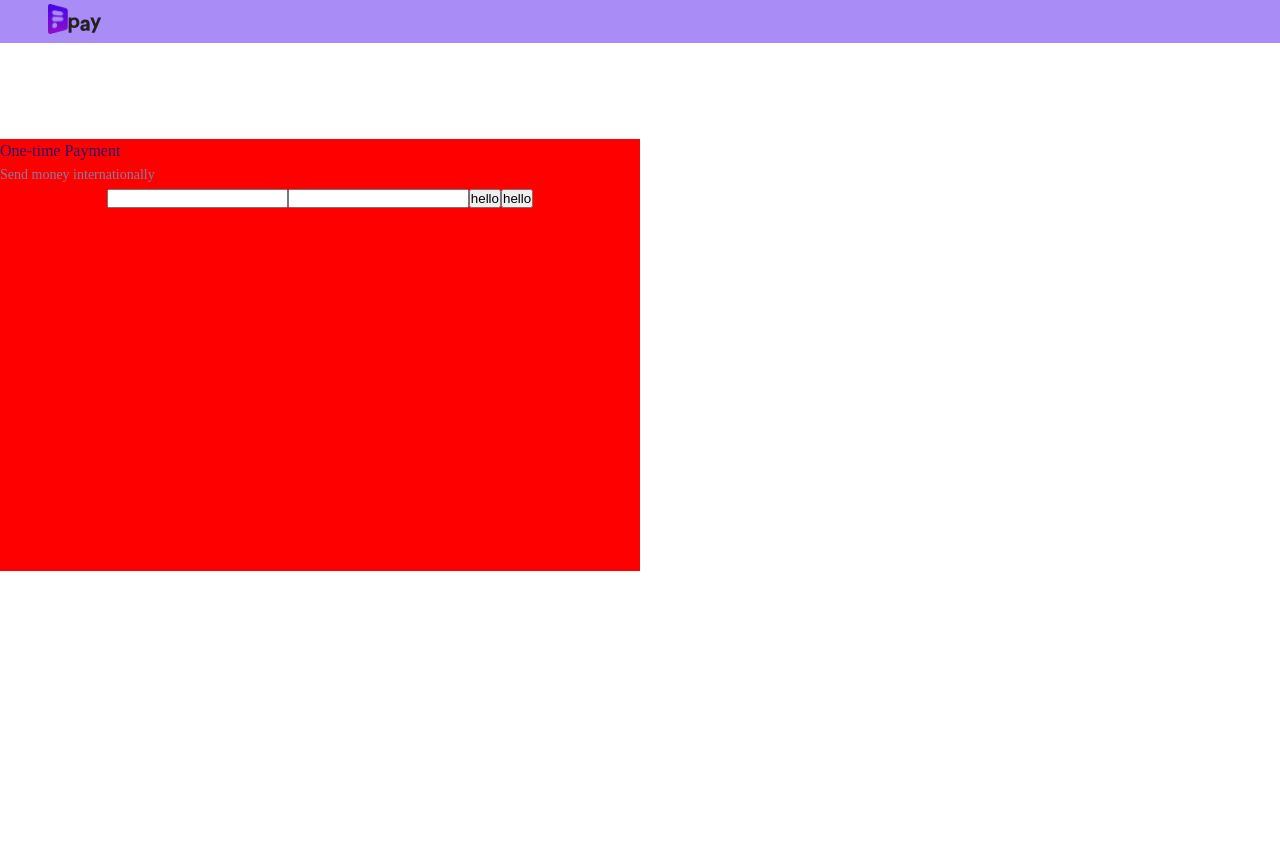
Repository: nilesjamex/fincra
Page: /
The author's editor kept a copy of each file at every save. The page is drawn from the files as they stood at one save, then again after the next save.
The browser window is 1280 px wide. The pictures show the whole page.
The project was rebuilt for these pictures with package versions that can differ from the ones it lists, and the page was loaded fresh each time. The framework's server and built-in components were replaced by stand-ins that run in the browser. Also part of the build but not shown: next.config.js.

Above is the page before, as saved 2021-11-01 09:52:01.

### pages/index.js
import Head from 'next/head'
import Image from 'next/image'
import styles from '../styles/Home.module.css'
import Pay from "../Components/pay.js"
import StepContextProvider from './../Contexts/StepContext';
import Main from './../Layout/main.js'

export default function Home() {
  return (
    <div className={styles.container}>
      <Head>
        <title>Fincra Pay</title>
        <meta name="description" content="Generated by create next app" />
        <link rel="icon" href="/favicon.ico" />
      </Head>


        <Main>
        <StepContextProvider>
        <Pay />
        </StepContextProvider>
        </Main>

    </div>
  )
}

### styles/globals.css
html,
body {
  font-family: -apple-system, BlinkMacSystemFont, Segoe UI, Roboto, Oxygen,
    Ubuntu, Cantarell, Fira Sans, Droid Sans, Helvetica Neue, sans-serif;
}

a {
  color: inherit;
  text-decoration: none;
}

* {
  box-sizing: border-box;
  padding: 0;
  margin: 0;
}

### styles/Home.module.css
.container {
  padding: 0 0rem;
}

### Components/pay.js
import React, {useState, useContext} from 'react'
import { StepContext } from './../Contexts/StepContext';
import styles from './pay.module.css'
const Pay = () => {

   const {steps, front, back} = useContext(StepContext)

    switch (steps) {
        case 1:
            return (
        <div className={styles.container}>
        <div className={styles.paymentText}>
        <h2 className={styles.paymentTextMain}>One-time Payment</h2>
        <p className={styles.paymentTextSub}>Send money internationally</p>
        </div>

        <form action="submit">
        <input className={styles.paymentinfo} type="text" name="" id="" />
        <input className={styles.paymentinfo} type="text" name="" id="" readOnly />
         <button onClick={(e) => front()}> hello </button>
          <button onClick={(e) => front()}> hello </button>
        </form>
        </div>
    );
     case 2:
            return (
        <div>
        <button onClick={(e) => back()}> he </button>
        </div>
    );
     case 3:
            return (
        <div>

        </div>
    );
     case 4:
            return (
        <div>

        </div>
    );
    }

}

export default Pay;

### Contexts/StepContext.js
import React, {useState, createContext} from 'react';

export const StepContext = createContext()

const StepContextProvider = (props) => {
    const [steps, setSteps] = useState(1);

    const front = () => {
        setSteps(steps + 1)
    }

    const back = () => {
        setSteps(steps - 1)
    }
    return (
        <StepContext.Provider value={{steps, front, back}}>
            {props.children}
        </StepContext.Provider>
    )
}

export default StepContextProvider;

### Layout/main.js
import React from 'react'
import Header from './header.js'
import styles from './main.module.css'

const Main = (props) => {
    return (
        <div>
          <Header />
          <div className={styles.container}>
          {props.children}
          </div>
        </div>
    )
}

export default Main;

### Components/pay.module.css
.container {
    background-color: red;
    flex: 1;
    flex-direction: column;
    text-align: center;
    justify-content: center;
    align-items: center;
    width: 50vw;
    height: 60vh;
}
.paymentText {
    text-align: left;
}
.paymentTextMain {
    font-family: Sailec;
    font-style: normal;
    font-weight: normal;
    font-size: 16px;
    line-height: 24px;
    color: #2C0C6A;
}
.paymentTextSub {
    font-family: Sailec;
    font-style: normal;
    font-weight: normal;
    font-size: 14px;
    line-height: 24px;
    color: #877E9E;
}

### Layout/header.js
import React from 'react'
import styles from './header.module.css'
import Image from 'next/image'

const header = () => {
    return (
        <nav className={styles.navbar}>
        <div className={styles.fincra}>
        <h3>
        <Image src="/../public/Images/logo.png" alt="logo" height="30px" width="20px" />
        <Image src="/../public/Images/p.svg" alt="logo" height="17.77px" width="12.47px" />
        <Image src="/../public/Images/a.svg" alt="logo" height="17.77px" width="10.26px"/>
        <Image src="/../public/Images/y.svg" alt="logo" height="17.77px" width="12.91px" /></h3>
        </div>
        </nav>
    )
}

export default header

### Layout/main.module.css
.container {
    width: 100vw;
    height: 100vh;
    margin-top: 6rem;
}

### Layout/header.module.css
.navbar {
    height: 6vh;
    background-color: #A98CF6;
    display: flex;
    align-items: center;
}
.fincra h3 {
    margin-left: 3rem;
    color: #222222;
    font-size: 1.4rem;
}

Loaded but not shown: pages/_app.js (common file)

After the next save:
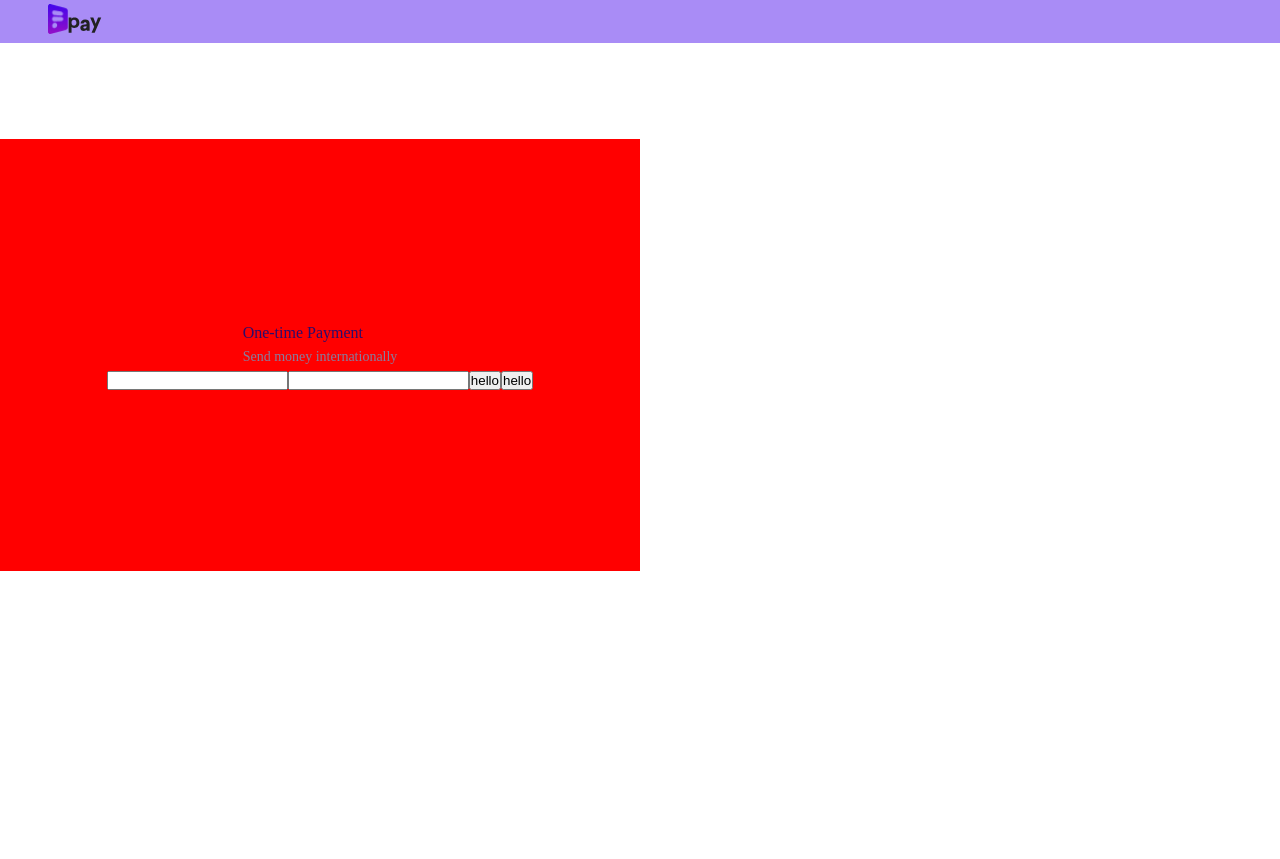
Saved 91 s later.
--- a/Components/pay.module.css
+++ b/Components/pay.module.css
@@ -1,10 +1,10 @@
 .container {
     background-color: red;
     flex: 1;
-    flex-direction: column;
-    text-align: center;
-    justify-content: center;
-    align-items: center;
+  display: flex;
+  flex-direction: column;
+  justify-content: center;
+  align-items: center;
     width: 50vw;
     height: 60vh;
 }
